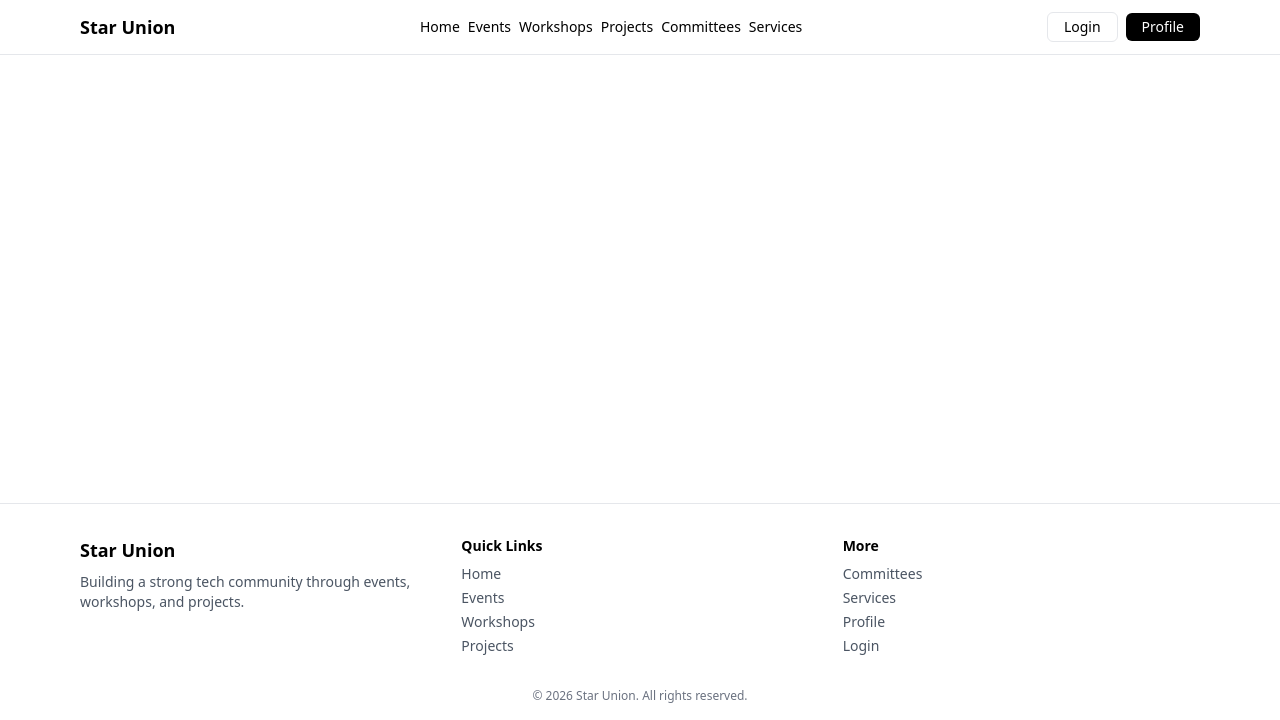
Repository: Frontend-Committee/StarUnion-Website
Page: /
The author's editor kept a copy of each file at every save. The page is drawn from the files as they stood at one save, then again after the next save.
The browser window is 1280 px wide. The pictures show the whole page.
The project was rebuilt for these pictures with package versions that can differ from the ones it lists, and the page was loaded fresh each time. Also part of the build but not shown: vite.config.js.

Above is the page before, as saved 2026-02-25 04:34:47.

### index.html
<!doctype html>
<html lang="en">
  <head>
    <meta charset="UTF-8" />
    <meta name="viewport" content="width=device-width, initial-scale=1.0" />
    <title>star-union</title>
  </head>
  <body>
    <div id="root"></div>
    <script type="module" src="/src/main.jsx"></script>
  </body>
</html>

### src/App.jsx
import { BrowserRouter, Routes, Route } from "react-router-dom";
import "./App.css";

import MainLayout from "./layouts/MainLayout";

function App() {
  return (
    <BrowserRouter>
      <Routes>
        <Route path="*" element={<MainLayout />}></Route>
      </Routes>
    </BrowserRouter>
  );
}

export default App;

### src/App.css
@tailwind base;
@tailwind components;
@tailwind utilities;
.container {
  @apply max-w-6xl px-4 py-3 mx-auto;
}

### src/layouts/MainLayout.jsx
import { Outlet } from "react-router-dom";
import Navbar from "../components/common/Navbar";
import Footer from "../components/common/Footer";

export default function MainLayout() {
  return (
    <div className="flex flex-col min-h-screen">
      <Navbar />
      <main className="flex-1">
        <Outlet />
      </main>
      <Footer />
    </div>
  );
}

### src/components/common/Navbar.jsx
{
  /*only for testing*/
}
export default function Navbar() {
  return (
    <nav className="bg-white border-b">
      <div className="flex items-center justify-between container">
        <h1 className="text-lg font-bold">Star Union</h1>

        <div className="items-center hidden gap-2 text-sm font-medium md:flex">
          <span className="cursor-pointer hover:text-gray-600">Home</span>
          <span className="cursor-pointer hover:text-gray-600">Events</span>
          <span className="cursor-pointer hover:text-gray-600">Workshops</span>
          <span className="cursor-pointer hover:text-gray-600">Projects</span>
          <span className="cursor-pointer hover:text-gray-600">Committees</span>
          <span className="cursor-pointer hover:text-gray-600">Services</span>
        </div>

        <div className="flex items-center gap-2">
          <button className="px-4 py-1 text-sm border rounded-md hover:bg-gray-100">
            Login
          </button>

          <button className="px-4 py-1 text-sm text-white bg-black rounded-md">
            Profile
          </button>
        </div>
      </div>
    </nav>
  );
}

### src/components/common/Footer.jsx
export default function Footer() {
  return (
    <footer className="mt-10 bg-white border-t">
      <div className="grid max-w-6xl gap-6 px-4 py-8 mx-auto text-sm md:grid-cols-3">

        <div>
          <h2 className="mb-2 text-lg font-bold">Star Union</h2>
          <p className="text-gray-600">
            Building a strong tech community through events, workshops, and projects.
          </p>
        </div>

        <div>
          <h3 className="mb-2 font-semibold">Quick Links</h3>
          <ul className="space-y-1 text-gray-600">
            <li><span className="cursor-pointer hover:text-black">Home</span></li>
            <li><span className="cursor-pointer hover:text-black">Events</span></li>
            <li><span className="cursor-pointer hover:text-black">Workshops</span></li>
            <li><span className="cursor-pointer hover:text-black">Projects</span></li>
          </ul>
        </div>

        <div>
          <h3 className="mb-2 font-semibold">More</h3>
          <ul className="space-y-1 text-gray-600">
            <li><span className="cursor-pointer hover:text-black">Committees</span></li>
            <li><span className="cursor-pointer hover:text-black">Services</span></li>
            <li><span className="cursor-pointer hover:text-black">Profile</span></li>
            <li><span className="cursor-pointer hover:text-black">Login</span></li>
          </ul>
        </div>

      </div>

      <div className="pb-4 text-xs text-center text-gray-500">
        © 2026 Star Union. All rights reserved.
      </div>
    </footer>
  );
}

### tailwind.config.js
/** @type {import('tailwindcss').Config} */
module.exports = {
  content: ["./index.html", "./src/**/*.{js,jsx,ts,tsx}"],

  theme: {
    container: {
      center: true,
      padding: {
        DEFAULT: "16px", // mobile side margins
        lg: "24px", // desktop side margins
      },
    },

    extend: {
      colors: {
        primary: "#7441FF",
        secondary: "#11EDA4",
        tertiary: "#EFD830",

        background: "#FFFFFF",
        text: "#111111",
        textInvert: "#FFFFFF",

        muted: "#E1D6FF",
        card: "#FFFFFF",
        cardSoft: "#C8B5FC",

        success: "#12B76A",
        warning: "#F59E0B",
        error: "#EF4444",

        bg31: "#241352",
        bg32: "#4D3398",
        bg33: "#1E1A2B",
      },

      backgroundImage: {
        gradientBg3:
          "radial-gradient(circle at top, #241352 0%, #4D3398 45%, #1E1A2B 100%)",
        gradientFooter: "linear-gradient(135deg, #E1D6FF 0%, #7441FF 100%)",
        gradientBrand:
          "linear-gradient(135deg, #7441FF 0%, #11EDA4 50%, #EFD830 100%)",
      },

      // typography
      fontSize: {
        h1: ["44px", { lineHeight: "1.1", fontWeight: "800" }],
        h2: ["32px", { lineHeight: "1.15", fontWeight: "800" }],
        h3: ["24px", { lineHeight: "1.2", fontWeight: "800" }],
        h4: ["20px", { lineHeight: "1.25", fontWeight: "800" }],
        body: ["16px", { lineHeight: "1.6", fontWeight: "800" }],
        caption: ["14px", { lineHeight: "1.4", fontWeight: "800" }],
        micro: ["12px", { lineHeight: "1.35", fontWeight: "800" }],
      },

      /*
       Spacing tokens
       */
      spacing: {
        1: "4px",
        2: "8px",
        3: "12px",
        4: "16px",
        6: "24px",
        8: "32px",
        12: "48px",
        16: "64px",
      },

      /*
       Section spacing helpers
       */
      margin: {
        "section-sm": "24px",
        "section-md": "32px",
        "section-lg": "48px",
        "section-xl": "64px",
      },
      padding: {
        "section-sm": "24px",
        "section-md": "32px",
        "section-lg": "48px",
        "section-xl": "64px",
      },

      boxShadow: {
        soft: "0 4px 10px rgba(0,0,0,0.1)",
      },

      borderRadius: {
        card: "16px",
      },
    },
  },

  plugins: [],
};

Loaded but not shown: src/main.jsx (common file)

After the next save:
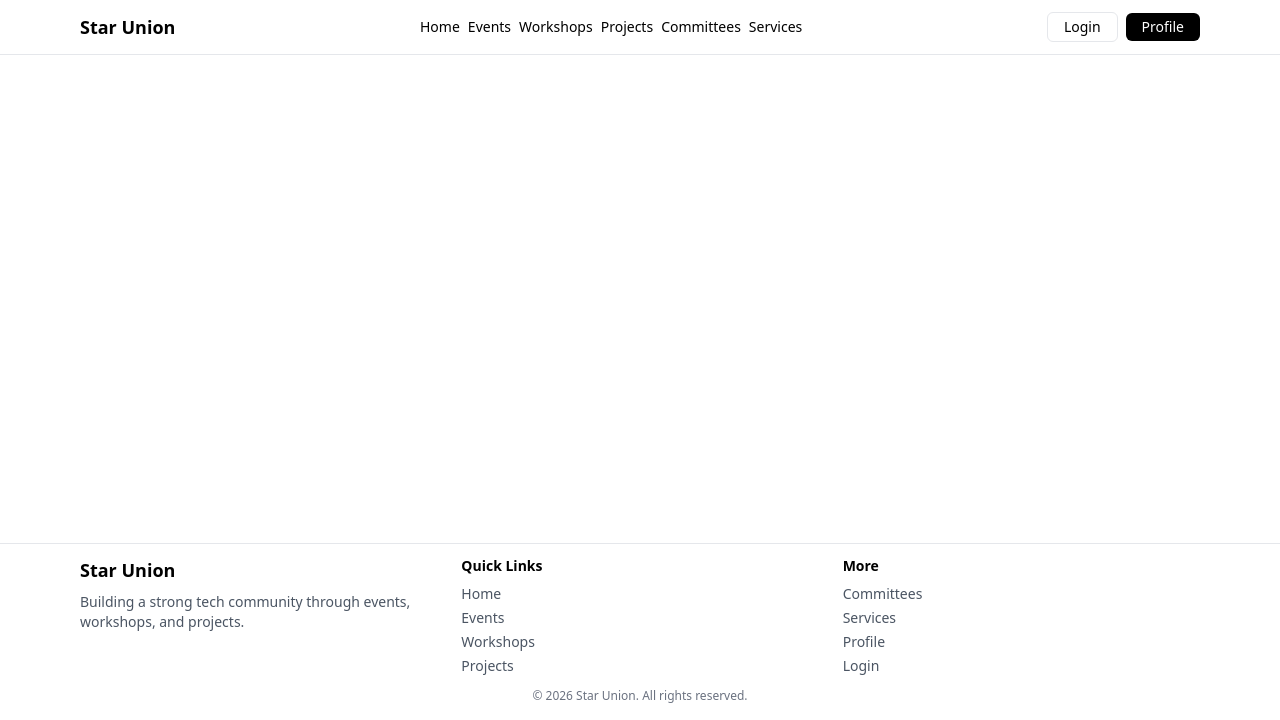
Saved 37 s later.
--- a/src/components/common/Footer.jsx
+++ b/src/components/common/Footer.jsx
@@ -1,7 +1,7 @@
 export default function Footer() {
   return (
     <footer className="mt-10 bg-white border-t">
-      <div className="grid max-w-6xl gap-6 px-4 py-8 mx-auto text-sm md:grid-cols-3">
+      <div className="grid max-w-6xl gap-6 container text-sm md:grid-cols-3">
 
         <div>
           <h2 className="mb-2 text-lg font-bold">Star Union</h2>
